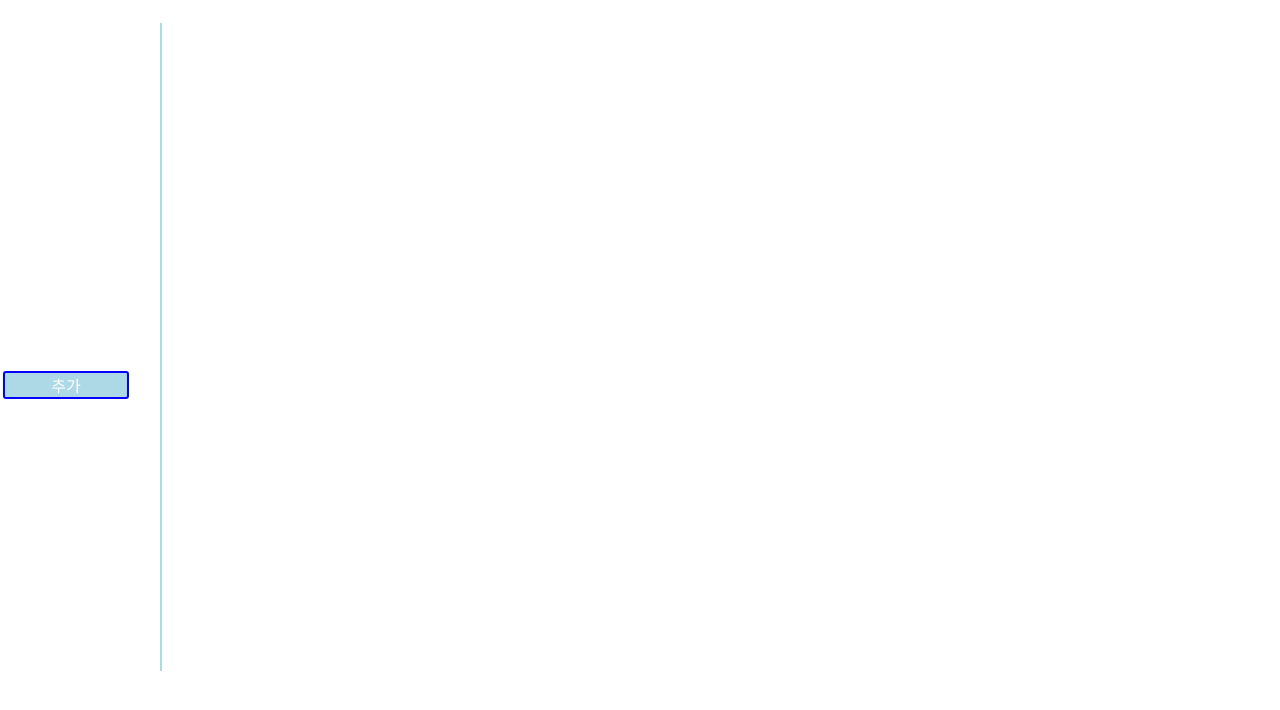
Repository: kKn00077/IOUSOFT
Page: http://localhost/Q2/bookmark.jsp
An editor plug-in stored every save of this project. The page is shown before and after the next save, followed by the edit.
The browser window is 1280 px wide. The pictures show the whole page.
The page is served by Tomcat 9. Queries for data that is not in the repository find no rows.

Above is the page before, as saved 2018-11-22 10:31:39.

After the next save:
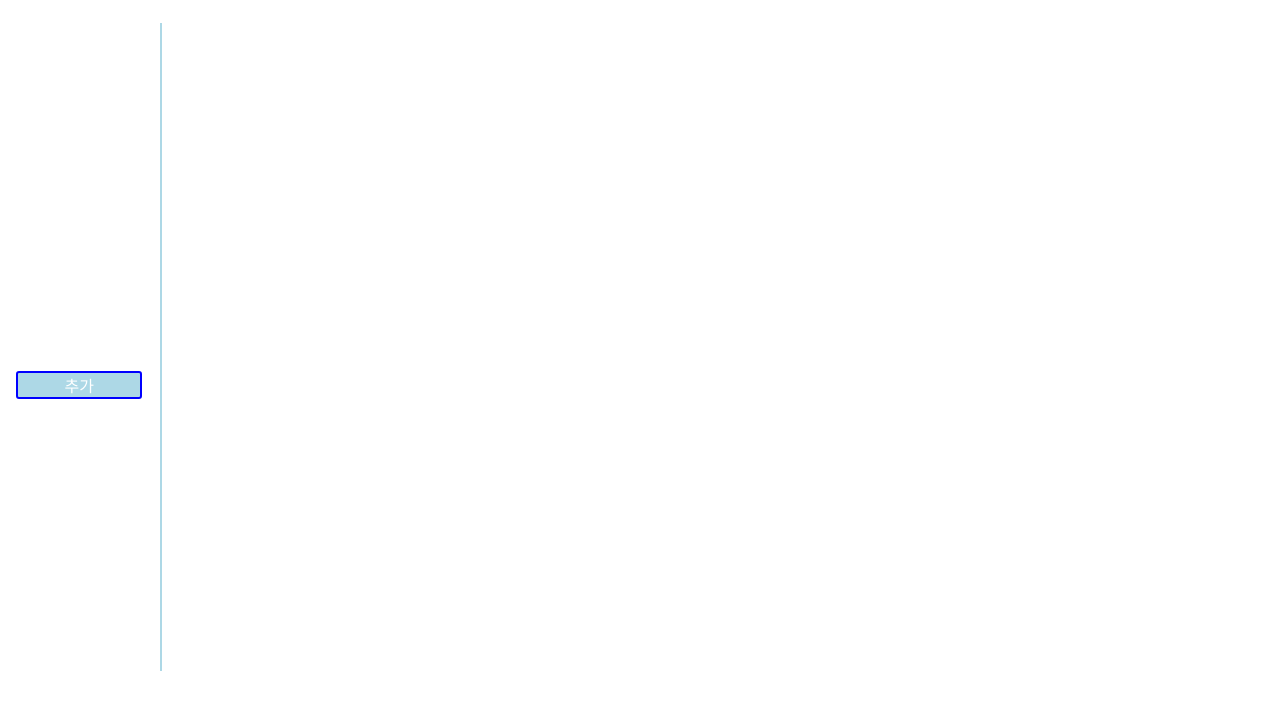
Saved 47 s later.
--- a/Q2/WebContent/bookmark.jsp
+++ b/Q2/WebContent/bookmark.jsp
@@ -87,7 +87,7 @@ MySQLConnection.close(rs);
 
 </ul>
 
-<br><br><a href="add.jsp" id="add_but" style="width:80%" target="view">추가</a>
+<br><br><a href="add.jsp" id="add_but" style="width:80%; margin:auto;" target="view">추가</a>
 
 </td>
 
